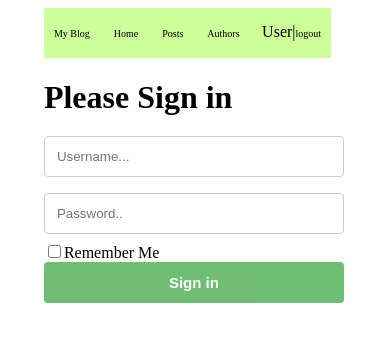
Repository: Software284/servlet-jsp-project
Page: http://localhost/Crud_WIth_Spring_Mvc_and_Hibernate_with_xml/
These files come from the project's save history. The page is drawn as it stood at one moment and after the next save; the edit follows.
The browser window is 375 px wide. The pictures show the whole page.
The page is served by Tomcat 9.

Above is the page before, as saved 2020-06-13 20:28:43.

After the next save:
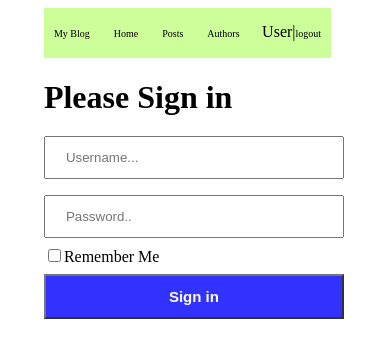
Saved 2 min 14 s later.
--- a/Crud WIth Spring Mvc and Hibernate with xml/WebContent/resource/css/style.css
+++ b/Crud WIth Spring Mvc and Hibernate with xml/WebContent/resource/css/style.css
@@ -1,4 +1,4 @@
-  	.header
+	.header
   	{
   	    width: 80%;
   	    height:50px;
@@ -110,65 +110,3 @@ input[type=submit]
   	}
 
   }
-
-  input[type=text], select, textarea {
-  width: 100%;
-  padding: 12px;
-  border: 1px solid #ccc;
-  border-radius: 4px;
-  resize: vertical;
-}
-
-label {
-  padding: 12px 12px 12px 0;
-  display: inline-block;
-}
-
-input[type=submit] {
-  background-color: #4CAF50;
-  color: white;
-  padding: 12px 20px;
-  border: none;
-  border-radius: 4px;
-  cursor: pointer;
-  float: right;
-  margin-top: 10px;
-}
-
-input[type=submit]:hover {
-  background-color: #45a049;
-}
-
-.container {
-  border-radius: 5px;
-  background-color: #f2f2f2;
-  padding: 20px;
-  width:90%;
-}
-
-.col-25 {
-  float: left;
-  width: 25%;
-  margin-top: 6px;
-}
-
-.col-75 {
-  float: left;
-  width: 75%;
-  margin-top: 6px;
-}
-
-/* Clear floats after the columns */
-.row:after {
-  content: "";
-  display: table;
-  clear: both;
-}
-
-/* Responsive layout - when the screen is less than 600px wide, make the two columns stack on top of each other instead of next to each other */
-@media screen and (max-width: 600px) {
-  .col-25, .col-75, input[type=submit] {
-    width: 100%;
-    margin-top: 0;
-  }
-}
